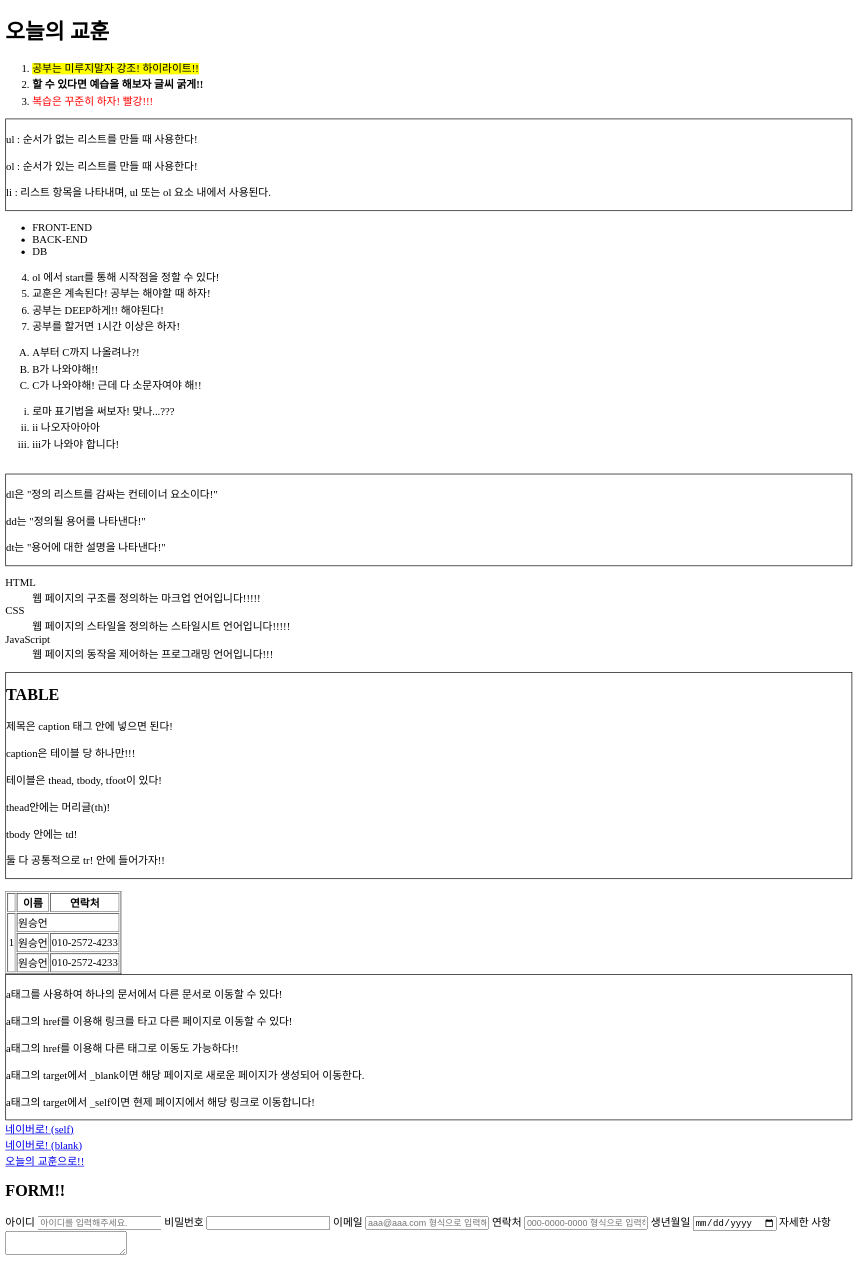
Repository: WonSeungUn/VSCODE
Page: web_work/Html/WebContent/homework.html
An editor plug-in stored every save of this project. The page is shown before and after the next save, followed by the edit.
The browser window is 1280 px wide. The pictures show the whole page, at 67% of full size.

Above is the page before, as saved 2024-07-08 11:30:52.

### web_work/Html/WebContent/homework.html
<!DOCTYPE html>
<html>
<head>
<meta name="author" content="WonSeungEon">
<meta charset="UTF-8">
<title>HTML 숙제</title>
<style type="text/css">
#divParent {
	border: 1px solid #000;
}

</style>
</head>

<body>
	<header>
		<h1 id="today">오늘의 교훈</h1>
	</header>
	<ol>
		<li><mark>공부는 미루지말자 강조! 하이라이트!!</mark></li>
		<li><strong>할 수 있다면 예습을 해보자 글씨 굵게!!</strong></li>
		<li><span style="color: red;'">복습은 꾸준히 하자! 빨강!!!</span></li>
	</ol>

	<div id="divParent">
		<p >ul : 순서가 없는 리스트를 만들 때 사용한다!</p>
		<p >ol : 순서가 있는 리스트를 만들 때 사용한다!</p>
		<p >li : 리스트 항목을 나타내며, ul 또는 ol 요소 내에서 사용된다. </p>
	</div>

	<ul>
		<li>FRONT-END</li>
		<li>BACK-END</li>
		<li>DB</li>
	</ul>

	<ol start="4">
		<li>ol 에서 start를 통해 시작점을 정할 수 있다!</li>
		<li>교훈은 계속된다! 공부는 해야할 때 하자!</li>
		<li>공부는 DEEP하게!! 해야된다!</li>
		<li>공부를 할거면 1시간 이상은 하자!</li>
	</ol>

	<ol style="list-style-type: upper-alpha;">
		<li>A부터 C까지 나올려나?!</li>
		<li>B가 나와야해!!</li>
		<li>C가 나와야해! 근데 다 소문자여야 해!!</li>
	</ol>

	<ol style="list-style-type: Lower-roman;">
		<li>로마 표기법을 써보자! 맞나...???</li>
		<li>ii 나오자아아아</li>
		<li>iii가 나와야 합니다!</li>
	</ol>
	<br>

	<section style="border: 1px solid #000;">
	<p>dl은 "정의 리스트를 감싸는 컨테이너 요소이다!"</p>
	<p>dd는 "정의될 용어를 나타낸다!"</p>
	<p>dt는 "용어에 대한 설명을 나타낸다!"</dd>
	</section>
	<dl>
		<dt>HTML</dt>
		<dd>웹 페이지의 구조를 정의하는 마크업 언어입니다!!!!!</dd>

		<dt>CSS</dt>
		<dd>웹 페이지의 스타일을 정의하는 스타일시트 언어입니다!!!!!</dd>

		<dt>JavaScript</dt>
		<dd>웹 페이지의 동작을 제어하는 프로그래밍 언어입니다!!!</dd>
	</dl>

	<section style="border: 1px solid #000;">
		<h1>TABLE</h1>
		<p> 제목은 caption 태그 안에 넣으면 된다!</p>
		<p> caption은 테이블 당 하나만!!!</p>
		<p>테이블은 thead, tbody, tfoot이 있다!</p>
		<p>thead안에는 머리글(th)!</p>
		<p> tbody 안에는 td!</p>
		<p> 둘 다 공통적으로 tr! 안에 들어가자!!</p>
	</section>
	<br>

	<table border="1">
		<thead>
			<tr>
				<th></th>
				<th>이름</th>
				<th>연락처</th>
			</tr>
		</thead>
		<tbody>
			<tr>
			<td rowspan="3">1</td>
			<td colspan="2">원승언</td>
			</tr>
			<tr>
			<td>원승언</td>
			<td>010-2572-4233</td>
			</tr>
			<tr>
			<td>원승언</td>
			<td>010-2572-4233</td>
			</tr>
		</tbody>
	</table>

	<section style="border: 1px solid #000;">
		<p> a태그를 사용하여 하나의 문서에서 다른 문서로 이동할 수 있다!</p>
		<p> a태그의 href를 이용해 링크를 타고 다른 페이지로 이동할 수 있다!</p>
		<p> a태그의 href를 이용해 다른 태그로 이동도 가능하다!!
		<p> a태그의 target에서 _blank이면 해당 페이지로 새로운 페이지가 생성되어 이동한다.</p>
		<p> a태그의 target에서 _self이면 현제 페이지에서 해당 링크로 이동합니다!</p>
	</section>

		<a target="_self" href="https://naver.com">네이버로! (self)</a> <br>
		<a target="_blank" href="https://naver.com">네이버로! (blank)</a> <br>
		<a href="#today">오늘의 교훈으로!!</a>


	<section>
		<h2>FORM!!</h2>
	</section>

	<div>
		<form action="#">
			<label for="userId">아이디</label>
			<input type="text" placeholder="아이디를 입력해주세요." id="userID">
			<label for="password">비밀번호</label>
			<input type="password" id="password">
			<label for="email">이메일</label>
			<input type="email" id="email" placeholder="aaa@aaa.com 형식으로 입력해주세요">
			<label for="tel">연락처</label>
			<input type="tel" placeholder="000-0000-0000 형식으로 입력해주세요">
			<label for="date">생년월일</label>
			<input type="date">
			<label for="textarea">자세한 사항</label>
			<textarea id="textarea"></textarea>
		</form>
	</div>
</body>
</html>

After the next save:
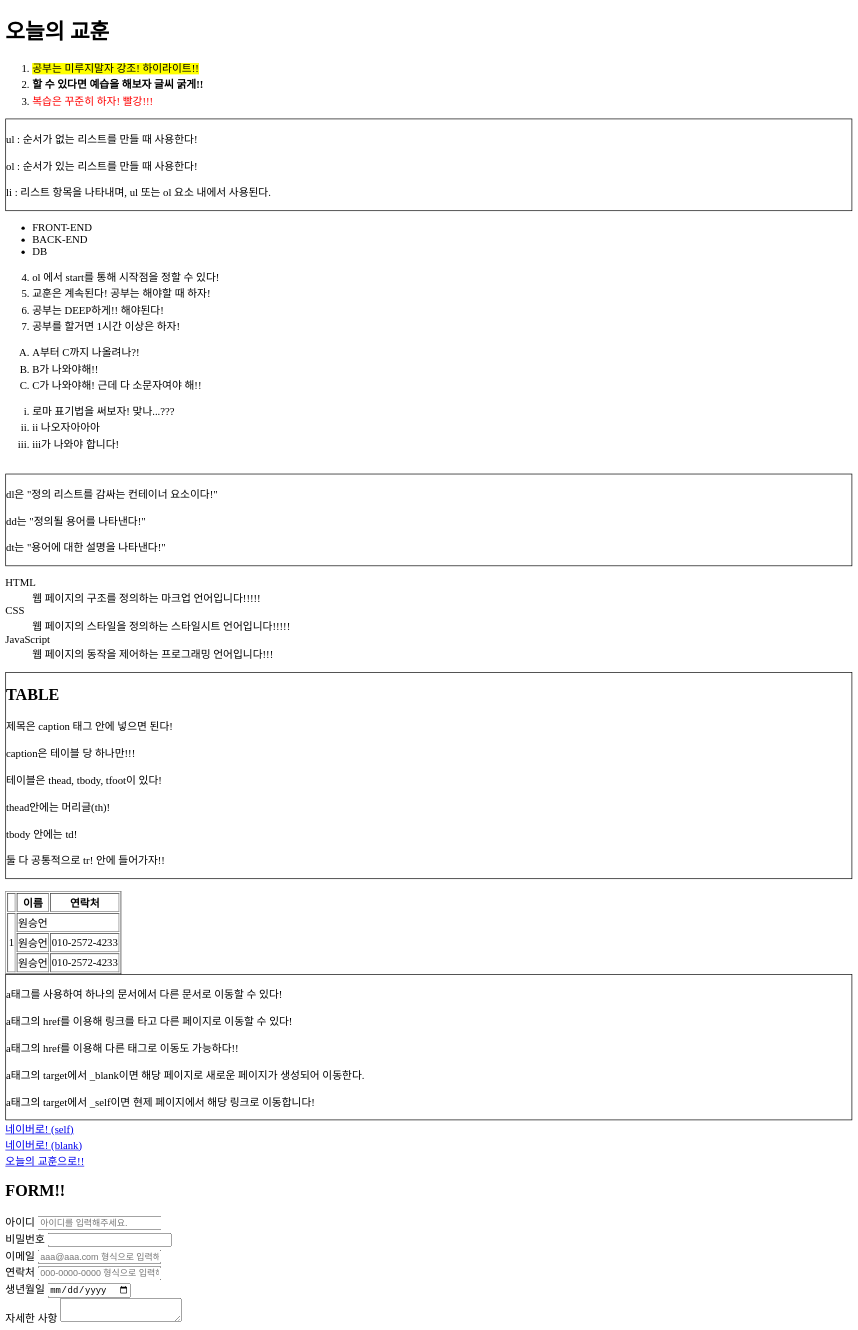
Saved 78 s later.
--- a/web_work/Html/WebContent/homework.html
+++ b/web_work/Html/WebContent/homework.html
@@ -124,18 +124,30 @@
 
 	<div>
 		<form action="#">
+			<div>
 			<label for="userId">아이디</label>
 			<input type="text" placeholder="아이디를 입력해주세요." id="userID">
+			</div>
+			<div>
 			<label for="password">비밀번호</label>
 			<input type="password" id="password">
+			</div>
+			<div>
 			<label for="email">이메일</label>
 			<input type="email" id="email" placeholder="aaa@aaa.com 형식으로 입력해주세요">
+			</div>
+			<div>
 			<label for="tel">연락처</label>
 			<input type="tel" placeholder="000-0000-0000 형식으로 입력해주세요">
+			</div>
+			<div>
 			<label for="date">생년월일</label>
 			<input type="date">
+			</div>
+			<div>
 			<label for="textarea">자세한 사항</label>
 			<textarea id="textarea"></textarea>
+			</div>
 		</form>
 	</div>
 </body>
